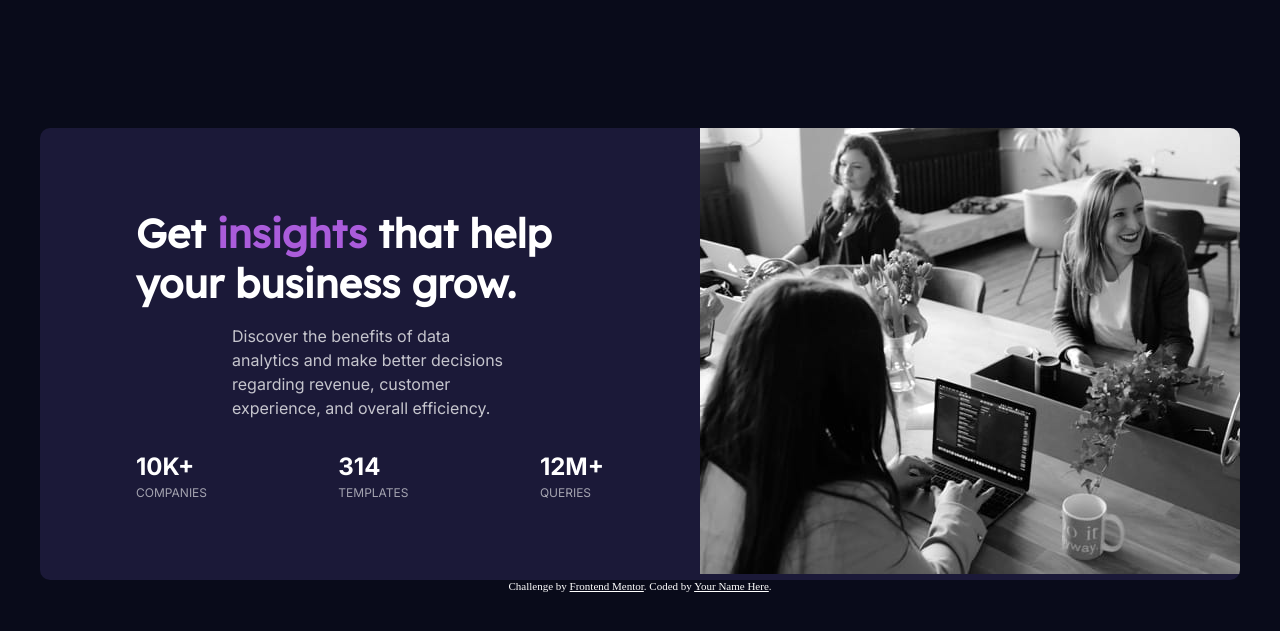
Repository: PratypartyY2K/frontendmentor-challenges
Page: stats-preview-card-component-main/index.html
The author's editor kept a copy of each file at every save. The page is drawn from the files as they stood at one save, then again after the next save.
The browser window is 1280 px wide. The pictures show the whole page.

Above is the page before, as saved 2021-07-14 00:53:16.

### stats-preview-card-component-main/index.html
<!DOCTYPE html>
<html lang="en">

<head>
  <meta charset="UTF-8">
  <meta name="viewport" content="width=device-width, initial-scale=1.0">
  <!-- displays site properly based on user's device -->

  <link rel="icon" type="image/png" sizes="32x32" href="./images/favicon-32x32.png">
    <!--font families-->
    <link rel="preconnect" href="https://fonts.googleapis.com">
    <link rel="preconnect" href="https://fonts.gstatic.com" crossorigin>
    <link href="https://fonts.googleapis.com/css2?family=Inter:wght@400;700&display=swap" rel="stylesheet">
    <link href="https://fonts.googleapis.com/css2?family=Inter:wght@400;700&family=Lexend+Deca&display=swap"
      rel="stylesheet">
  <link rel="stylesheet" href="style.css">



  <title>Frontend Mentor | Stats preview card component</title>

</head>

<body>
  <div class="card-wrapper">
    <div class="card">
      <div class="heading">
        Get <span class="active">insights</span> that help your business grow.
      </div>
      <div class="card-content">
        Discover the benefits of data analytics and make better decisions regarding revenue, customer
        experience, and overall efficiency.
      </div>
      <div class="stats">
        <div>
          <h3>10k+</h3>
          companies
        </div>
        <div>
          <h3>314</h3>
          templates
        </div>
        <div>
          <h3>12m+</h3>
          queries
        </div>
      </div>
    </div>
    <div class="img-container">
      <img src="images/image-header-desktop.jpg">
    </div>
  </div>




  <div class="attribution">
    Challenge by <a href="https://www.frontendmentor.io?ref=challenge" target="_blank">Frontend Mentor</a>.
    Coded by <a href="#">Your Name Here</a>.
  </div>
</body>

</html>

### stats-preview-card-component-main/style.css
* {
    box-sizing: border-box;
}

body {
    background-color: hsl(233, 47%, 7%);
    margin: 0;
    display: flex;
    flex-direction: column;
    justify-content: center;
    align-items: center;
    min-height: 100vh;
}

.card-wrapper {
    background-color: hsl(244, 38%, 16%);
    display: flex;
    justify-content: center;
    width: 1200px;
    border-radius: 10px;
    overflow: hidden;
}

.card {
    padding: 4rem 6rem;
}

.heading {
    font-family: 'Lexend Deca', sans-serif;
    font-size: 2.5rem;
    color: hsl(0, 0%, 100%);
    padding: 1rem 0;
    font-weight: 700;
}

.heading .active {
    color: hsl(277, 64%, 61%);
}

.card-content {
    color: hsla(0, 0%, 100%, 0.75);
    font-family: 'Inter', sans-serif;;
    font-size: 1rem;
    line-height: 1.5rem;
    padding: 0 6rem 0;
}

.stats {
    display: flex;
    justify-content: space-between;
    padding: 2rem 0 1rem;
}

.stats + div {
    display: flex;
    flex-direction: column;
    align-items: baseline;
}

.stats > div {
    color: hsla(0, 0%, 100%, 0.6);
    text-transform: uppercase;
    font-family: 'Inter', sans-serif;
    font-size: 0.75rem;
}

h3 {
    margin: 0;
    color: white;
    font-weight: 700;
    font-size: 1.5rem;
    margin-bottom: 0.25rem;
}


.attribution { font-size: 11px; text-align: center; color: white; }
.attribution a { color: hsl(228, 45%, 44%); color: white;}

After the next save:
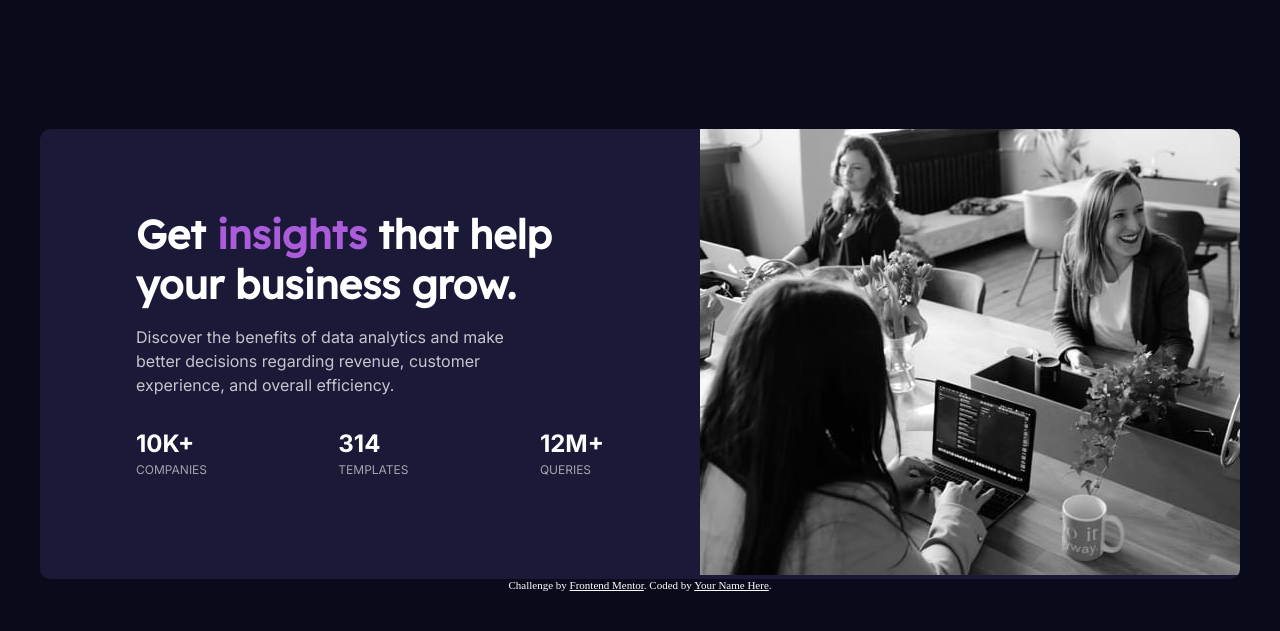
Saved 8 s later.
--- a/stats-preview-card-component-main/style.css
+++ b/stats-preview-card-component-main/style.css
@@ -42,7 +42,7 @@ body {
     font-family: 'Inter', sans-serif;;
     font-size: 1rem;
     line-height: 1.5rem;
-    padding: 0 6rem 0;
+    padding: 0 6rem 0 0;
 }
 
 .stats {
